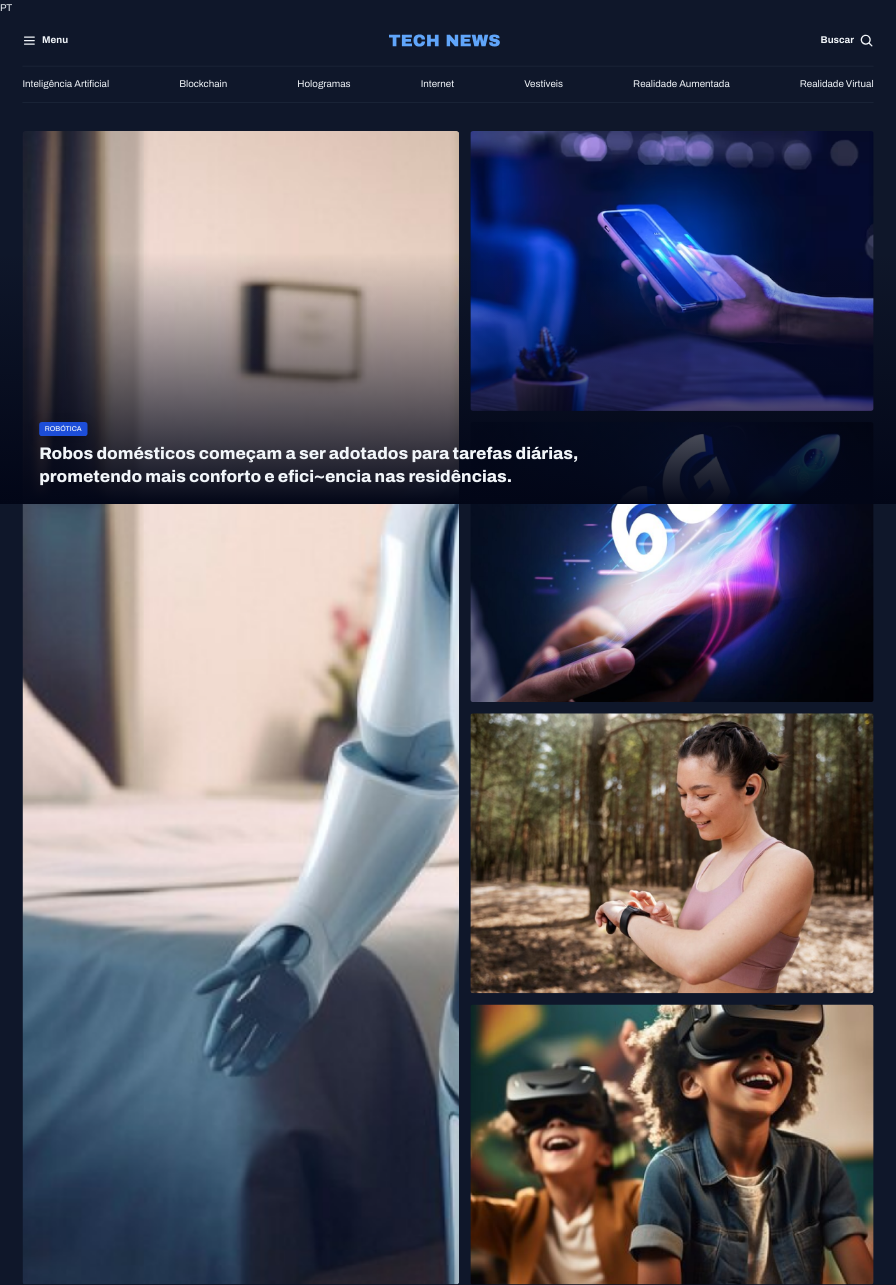
Repository: JeffRodFer/portalDeNoticias
Page: index.html
The author's editor kept a copy of each file at every save. The page is drawn from the files as they stood at one save, then again after a run of saves.
The browser window is 1280 px wide. The pictures show the part of the page from y = 0 to 1920 px (the page is 1835 px tall before and 7335 px after), at 70% of full size.

Above is the page before, as saved 2025-04-15 21:47:19.

After the next 2 saves:
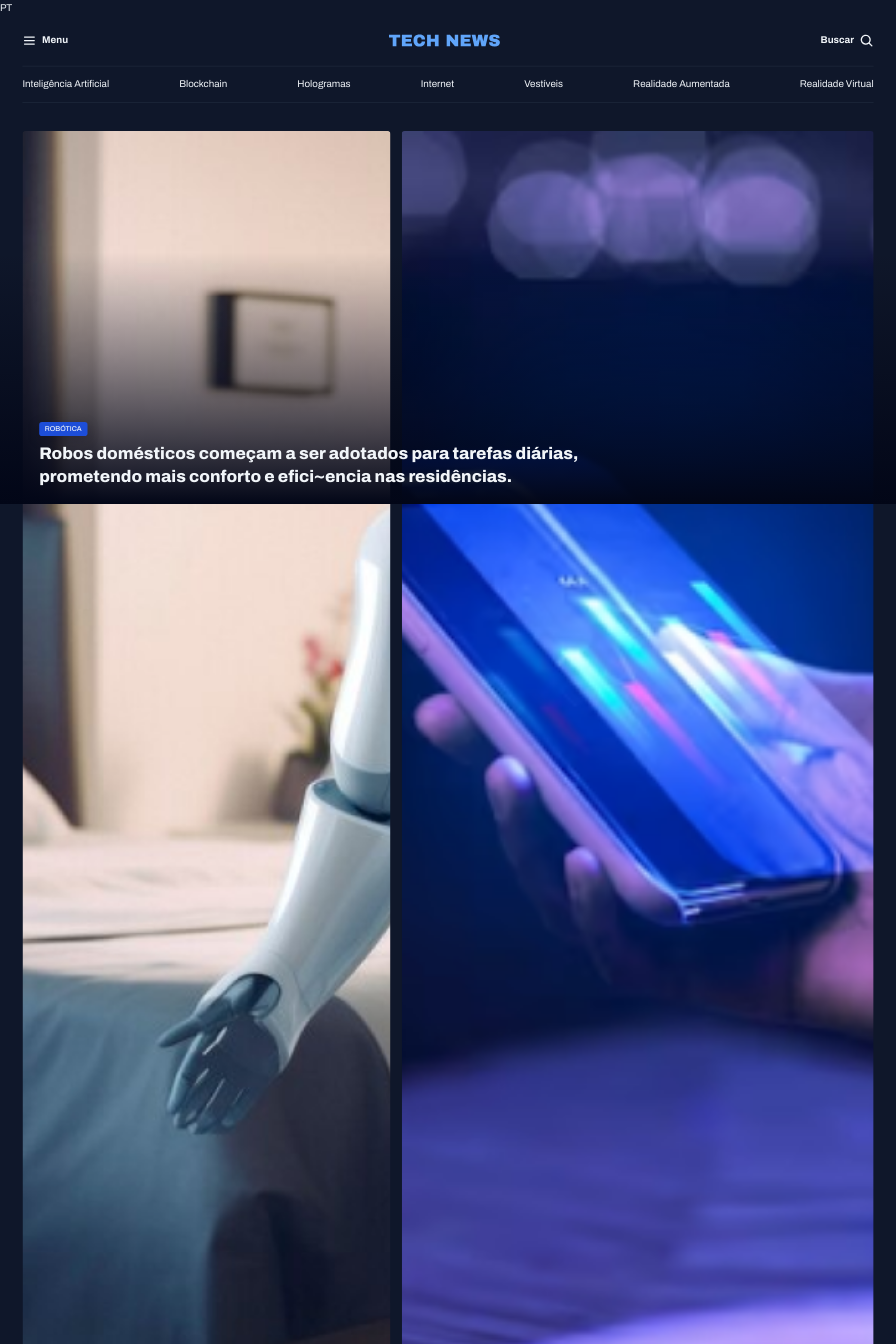
The 2 saves are shown as one change because they came seconds apart.
The last was saved 61 s later.
--- a/index.html
+++ b/index.html
@@ -51,6 +51,13 @@
       <div class="grid grid cols-2 gap-16">
         <figure>
           <img src="assets/images/Image 02.png" alt="">
+
+          <figcaption>
+            <span class="content-tag">robótica</span>
+            <h2 class="text-2xl">
+              Robos domésticos começam a ser adotados para tarefas diárias, <br> prometendo mais conforto e efici~encia nas residências.
+            </h2>
+          </figcaption
         </figure>
         <figure>
           <img src="assets/images/Image 03.png" alt="">

After the save that followed:
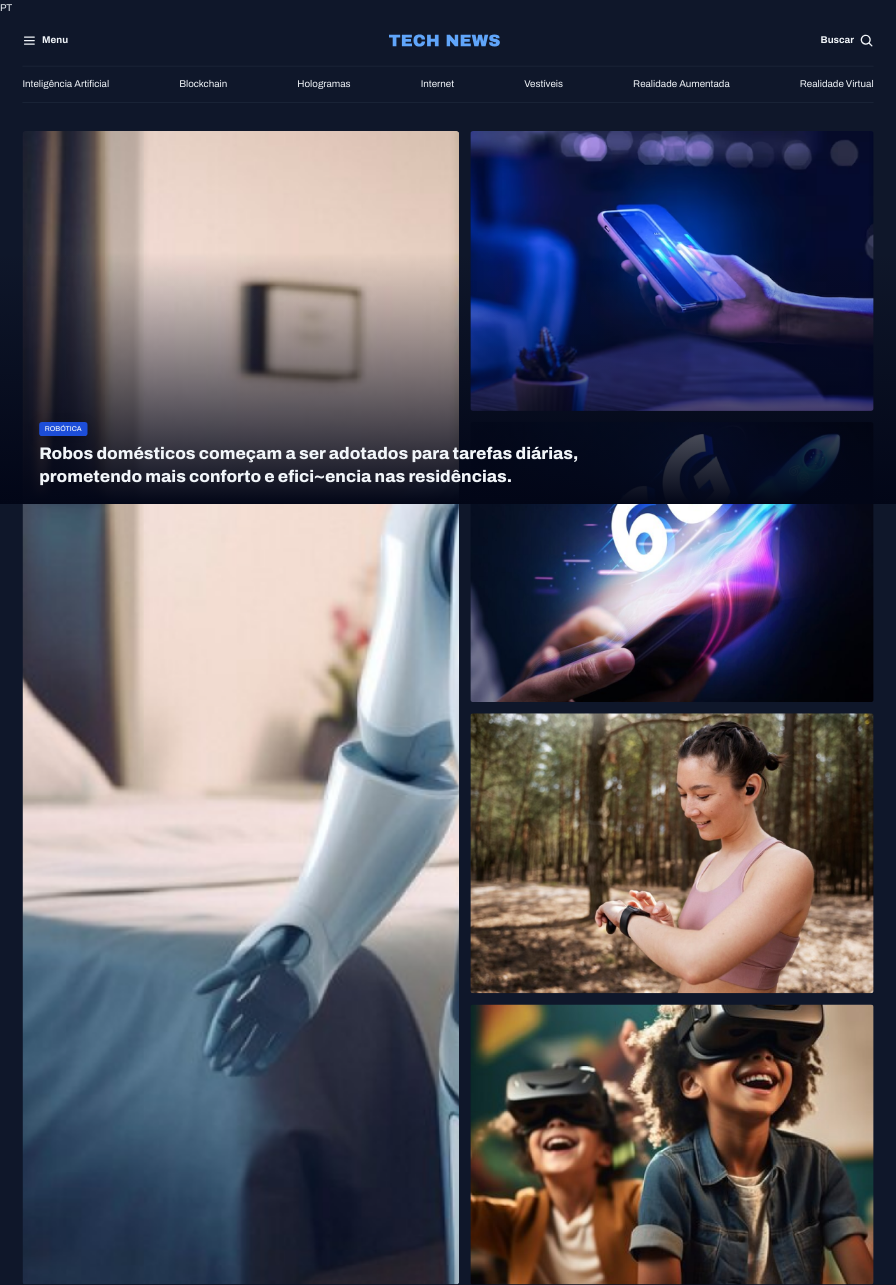
Saved 2 min 53 s later.
--- a/index.html
+++ b/index.html
@@ -52,12 +52,7 @@
         <figure>
           <img src="assets/images/Image 02.png" alt="">
 
-          <figcaption>
-            <span class="content-tag">robótica</span>
-            <h2 class="text-2xl">
-              Robos domésticos começam a ser adotados para tarefas diárias, <br> prometendo mais conforto e efici~encia nas residências.
-            </h2>
-          </figcaption
+
         </figure>
         <figure>
           <img src="assets/images/Image 03.png" alt="">
